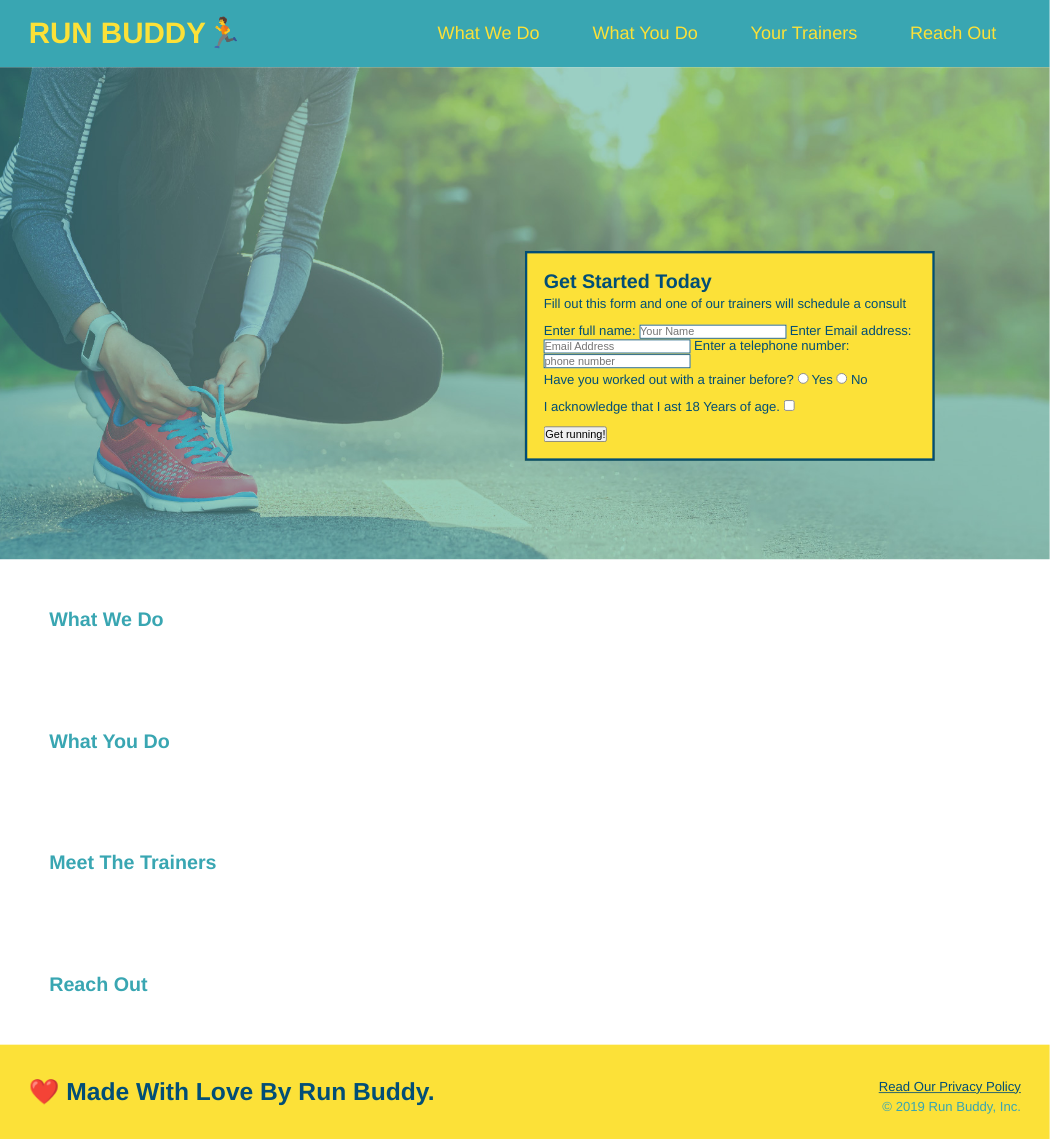
Repository: pilar122/run-buddy
Page: index.html
The author's editor kept a copy of each file at every save. The page is drawn from the files as they stood at one save, then again after a run of saves.
The browser window is 1280 px wide. The pictures show the whole page, at 82% of full size.

Above is the page before, as saved 2023-01-21 14:58:32.

### index.html
<!DOCTYPE html>
<html lang="en">
    <head>
        <meta charset="UTF-8"/>
        <title>Run Buddy</title>
        <link rel="stylesheet" href="./assets/css/style.css" />
    </head>
    <body>
        <!-- navigation -->
        <header>
            <h1>
                <a href="/"> RUN BUDDY🏃</a>
            </h1>
            <nav>
                <ul><!--Unordered list element-->
                    <li> <!--List item element-->
                        <a href="#what-we-do">What We Do</a> <!--Anchor Element-->
                    </li>
                    <li>
                        <a href="#what-you-do">What You Do</a>
                    </li>
                    <li>
                        <a href="#your-trainers">Your Trainers</a>
                    </li>
                    <li>
                        <a href="#reach-out">Reach Out</a>
                    </li>
                </ul>
            </nav>
        </header>

        <!--hero/jumbotron-->
        <section class="hero">
            <div class="hero-form">
                <h3>Get Started Today</h3>
                <p>Fill out this form and one of our trainers will schedule a consult</p>
                <!--form element-->
                <form>
                    <!--form input-->
                    <label for="name">Enter full name:</label>
                    <input type="text" placeholder="Your Name" name="name" id="name" class="form-input" />

                    <label for="email">Enter Email address:</label>
                    <input type="email" placeholder="Email Address" name="email" id="email" class="form-input" />

                    <label for="phone">Enter a telephone number:</label>
                    <input type="tel" placeholder="phone number" name="phone" id="phone" class="form-input" />
                    <!--button for selection-->
                    <p>
                        Have you worked out with a trainer before?
                        <input type="radio" name="trainer-confirm" id="trainer-yes"/>
                        <label for="trainer-yes">Yes</label>
                        <input type="radio" name="trainer-confirm" id="trainer-no"/>
                        <label for="trainer-no">No</label>
                    </p>
                    <p>
                        <label for="checkbox">
                        I acknowledge that I ast 18 Years of age.
                        </label>
                        <input type="checkbox" name="age-confirm" id="checkbox"/>
                    </p>
                    <!--the submit button-->
                    <button type="submit">
                        Get running!
                    </button>
                </form>
            </div>
        </section>
        <!--end hero-->

        <!--"what we do" section-->
        <section>
            <h2>What We Do</h2>
        </section>

        <!--"What You Do" section-->
        <section>
            <h2>What You Do</h2>
        </section>

        <!--"Meet The Trainers" section-->
        <section>
            <h2>Meet The Trainers</h2>
        </section>

        <!--"Reach Out" section-->
        <section>
            <h2>Reach Out</h2>
        </section>

        <!--Footer-->
        <footer>
            <h2>❤️ Made With Love By Run Buddy.</h2>
            <div>
                <a href="#">Read Our Privacy Policy</a><br />
                &copy; 2019 Run Buddy, Inc.
            </div>
        </footer>
    </body>
</html>

### assets/css/style.css
/*This is to remove the default browser enforced styled*/
* {
    margin: 0;
    padding: 0;
    box-sizing: border-box;
}

body {
    /*This changes the elements in the body*/
    color: #39a6b2;
    font-family: Helvetica, Arial, sans-serif;
}

/*Applying style to the header*/
header {
    padding: 20px 35px;
    background-color: #39a6b2;
}

header h1 {
    font-weight: bold;
    font-size: 36px;
    color: #fce138;
    margin: 0;
    display: inline; /*This moved the nav on the right hand side up*/
}

header a {
    text-decoration: none;
    color: #fce138;
}

header nav {
    float: right;
    margin: 7px 0;
}

header nav ul li {
    display: inline; /*horizontally in a row*/
}

header nav ul li a {
    margin: 0 30px;
    font-weight: lighter;
    font-size: 22px;
}

footer {
    background: #fce138;
    width: 100%;
    padding: 40px 35px;
}

footer h2 {
    display: inline;
    color: #024e76;
    font-size: 30px;
    margin: 0;
}

footer div {
    float: right;
    line-height: 1.5;
    text-align: right;
}

footer a {
    color: #024e76;
}

section {
    padding: 60px;
}
/*Hero style start*/
.hero {
    background-image: url("../images/hero-bg.jpeg");
    height: 600px;
    background-size: cover;
    background-position: center;
    position: relative;
}
/*hero style end*/

.hero-form {
    border: 3px solid #024e76;
    background-color: #fce138;
    padding: 20px;
    width: 500px;
    color: #024e76;
    position: absolute;
    bottom: 120px;
    right: 140px;
}

.hero-form h3 {
    font-size: 24px;
    margin: 0;
}

.hero-form p {
    margin: 5px 0 15px 0;
}

.form-input {
    border: 1px solid #024e76;
    disp
}

After the next 4 saves:
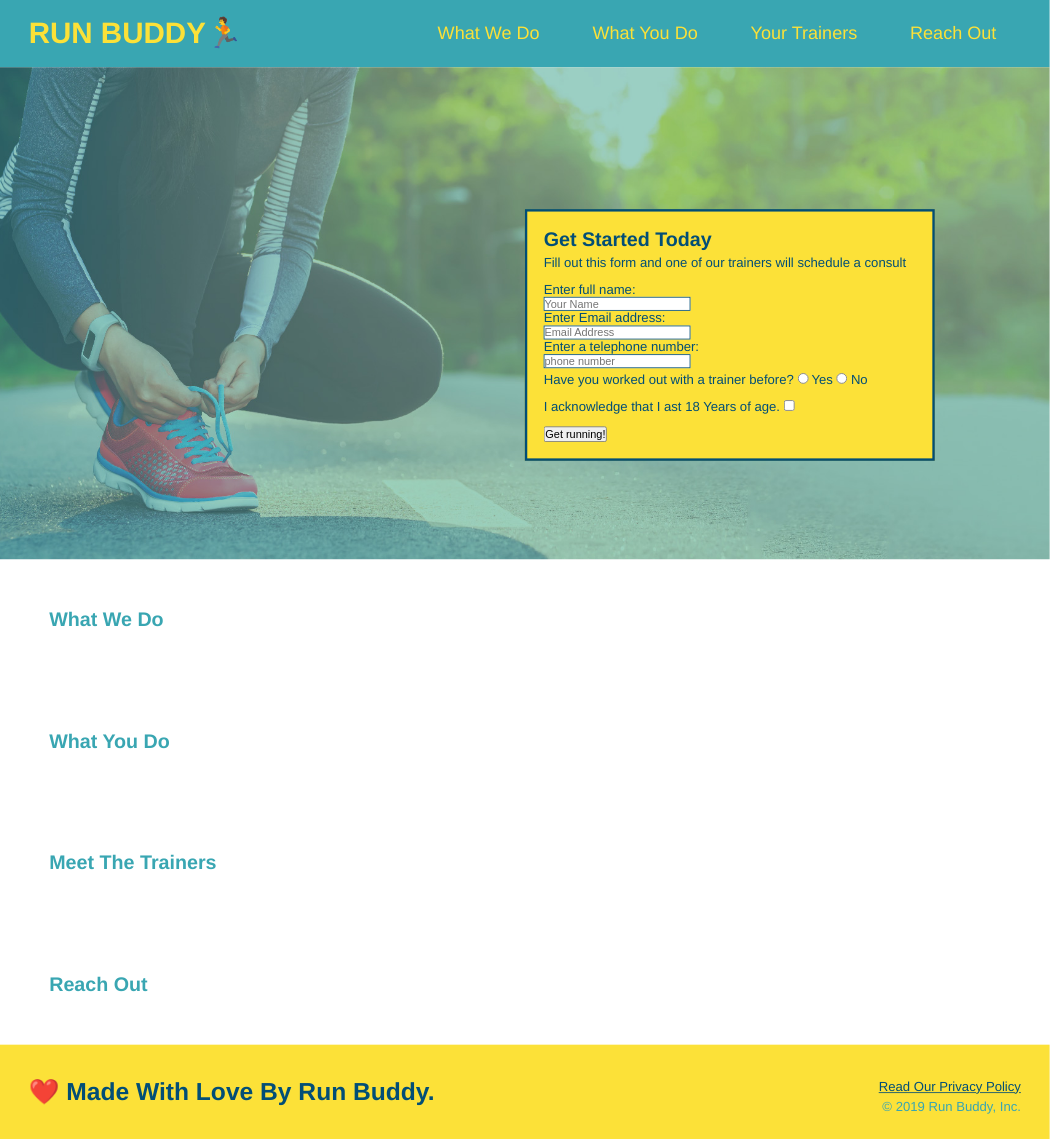
The 4 saves are shown as one change because they came seconds apart.
The last was saved 13 s later.
--- a/assets/css/style.css
+++ b/assets/css/style.css
@@ -103,5 +103,5 @@ section {
 
 .form-input {
     border: 1px solid #024e76;
-    disp
+    display: block;
 }
